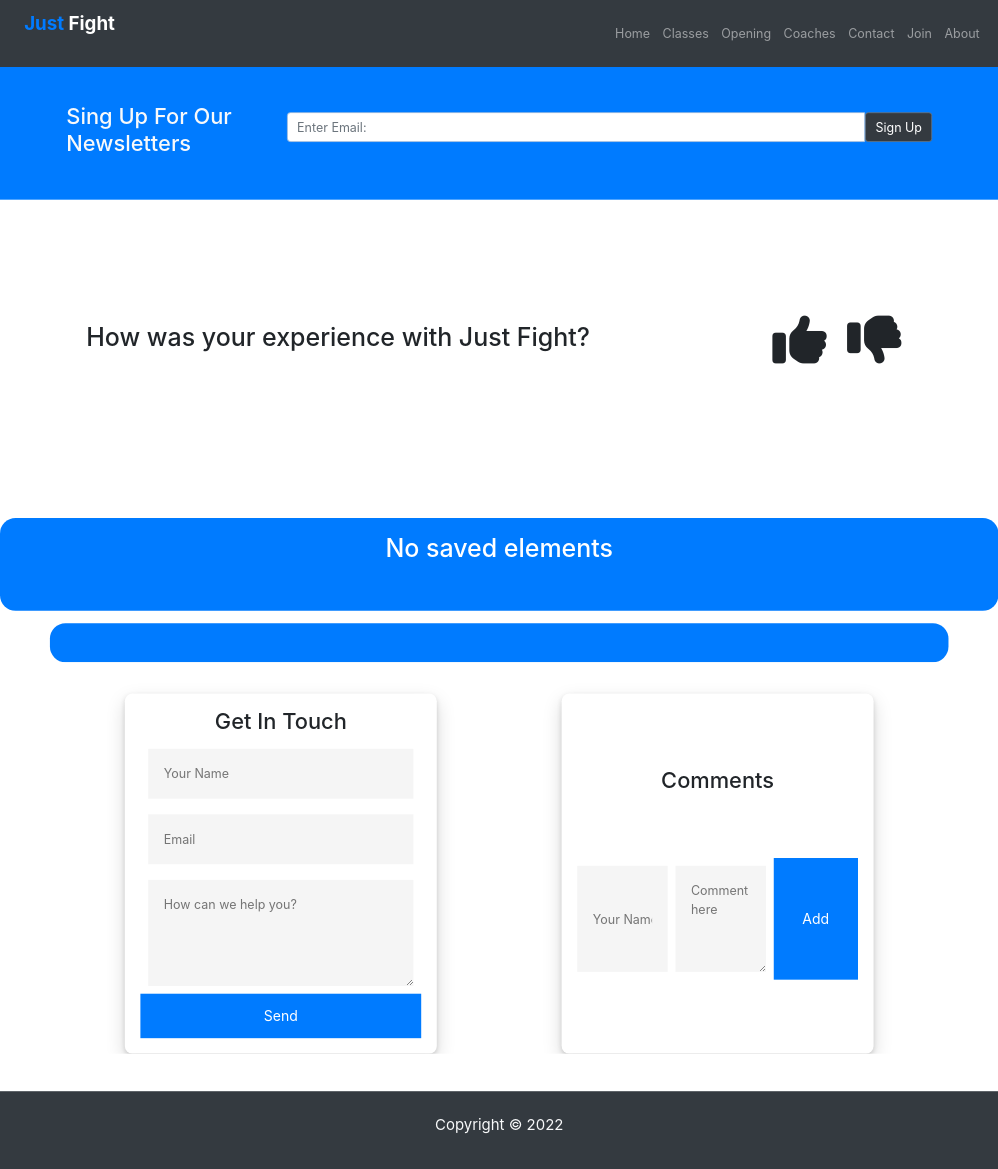
Repository: IonPara/Just-Fight
Page: review.html
The author's editor kept a copy of each file at every save. The page is drawn from the files as they stood at one save, then again after the next save.
The browser window is 1280 px wide. The pictures show the whole page, at 78% of full size.
Some web libraries are served in a nearby version.

Above is the page before, as saved 2023-03-13 17:00:55.
Console error: ReferenceError: emailjs is not defined

### review.html
<!DOCTYPE html>
<html lang="en">

<head>
  <meta charset="utf-8">
  <meta name="viewport" content="width=device-width, initial-scale=1.0">
  <title>Review</title>
  <link href="./Styles/styles.css" rel="stylesheet" type="text/css">
  <link href="./Styles/review.css" rel="stylesheet" type="text/css">
  <link href="./Styles/about.css" rel="stylesheet" type="text/css">
  <!-- Bootstrap link -->
  <link rel="stylesheet" href="https://cdn.jsdelivr.net/npm/bootstrap@4.2.1/dist/css/bootstrap.min.css"
    integrity="sha384-GJzZqFGwb1QTTN6wy59ffF1BuGJpLSa9DkKMp0DgiMDm4iYMj70gZWKYbI706tWS" crossorigin="anonymous">
  <script defer src="./Js/script.js"></script>
</head>

<body>
  <header>
    <!-- ------------Nav bar ------------------------>
    <nav class="navbar navbar-expand-lg navbar-dark bg-dark fixed-top">
      <div class="container pb-4">
        <a class="navbar-brand " id="brand" href="./index.html"><span class="text-primary">Just </span> Fight</a>
        <button class="navbar-toggler" type="button" data-toggle="collapse" data-target="#navbarSupportedContent"
          aria-controls="navbarSupportedContent" aria-expanded="false" aria-label="Toggle navigation">
          <span class="navbar-toggler-icon"></span>
        </button>
      </div>
      <!-- It will expand on large screen and collapse on medium and smaller screens-->
      <div class="collapse navbar-collapse" id="navbarSupportedContent">
        <ul class="navbar-nav justify-content-end">
          <li class="nav-item">
            <a class="nav-link" href="./index.html">Home</a>
          </li>
          <li class="nav-item">
            <a class="nav-link" href="./index.html#ourClasses">Classes</a>
          </li>
          <li class="nav-item">
            <a class="nav-link" href="./index.html#openingHours">Opening</a>
          </li>
          <li class="nav-item">
            <a class="nav-link" href="./index.html#coaches">Coaches</a>
          </li>
          <li class="nav-item">
            <a class="nav-link" href="./index.html#contact">Contact</a>
          </li>
          <li class="nav-item">
            <a class="nav-link" href="./plans.html">Join</a>
          </li>
          <li class="nav-item">
            <a class="nav-link" href="./about.html">About</a>
          </li>

        </ul>
      </div>
    </nav>
  </header>

  <div class="empty-space"></div>
  <!-- Sign up for newsletters section -->
  <div class="bg-primary text-light p-5">
    <div class="container">
      <div class="d-md-flex justify-content-between align-items-center">
        <h3 class="mb3-mb-md-0">
          Sing Up For Our Newsletters
        </h3>
        <div class="input-group mb-3">
          <input type="text" class="form-control newsletter-input" placeholder="Enter Email:"
            aria-label="Recipient's username" aria-describedby="button-addon2">
          <button class="btn  btn-outline-secondary bg-dark text-white" type="button" id="button-addon2">
            Sign Up
          </button>
        </div>
      </div>
    </div>
  </div>
  <!-- Like, dislike section---------------- -->
  <section class="section1">
    <div class="experience">
      <div class="exp-head">
        <h2>How was your experience with Just Fight?</h2>
      </div>

      <div class="icons">
        <i class="fa-solid fa-thumbs-up fa-beat fa-2xl" id="thumb-up"
          onclick="changeColor(thumbUp, `Learning defense improves the attack. If the lion knows how the prey can escape, it will capture it in a much more precise way. Rillion Gracie`)">
        </i>
        <i class="fa-solid fa-thumbs-down fa-beat fa-2xl" id="thumb-down"
          onclick="changeColor(thumbDown, `Looks like you don't enjoy martial arts!`)">
        </i>
      </div>
    </div>
  </section>

  <!-- Save for later section -->
  <section class="saved-items  section2">
    <div class="section2-container bg-primary">
      <h2 class="not-saved  mt-5 mb-0">No saved elements</h2>
      <!-- First Box -->
      <h2 class="saved-items-heading  mt-5 mb-0">Save for later section</h2>
      <div class="plans ">

        <!-- First box -->
        <ul class="container">
          <li class="package bronze bg-light">
            <h3 class="remove bronze text-right">x</h3>
            <h2 class="table-header">Bronze Package</h2>
            <p class="pricing text-center">£10/Month</p>
            <ul class="table-option">
              <li>5 Sessions a Month</li>
              <li>10 Gym Sessions</li>
            </ul>
            <button type="button" class="btn m-2 bg-primary text-white">Get Started Now</button>
          </li>

          <!-- Second -->
          <li class="package gold bg-light">
            <h3 class="remove gold text-right ">x</h3>
            <h2 class="table-header">Gold Package</h2>
            <p class="pricing text-center">£19/Month</p>
            <ul class="table-option">
              <li>5 Sessions a Month</li>
              <li>Unlimited Gym Sessions</li>
            </ul>
            <button type="button" class="btn m-2 bg-primary text-white">Get Started Now</button>
          </li>

          <!-- Third Box -->
          <li class="package platinum bg-light">
            <h3 class="remove platinum text-right">x</h3>
            <h2 class="table-header">Platinum Package</h2>
            <p class="pricing text-center">£49/Month</p>
            <ul class="options">
              <li>Unlimited Sessions</li>
              <li>Unlimited Gym Sessions</li>
            </ul>
            <button type="button" class="btn m-2 bg-primary text-white">Get Started Now</button>
          </li>

        </ul>
      </div>

    </div>

    <div class="articles-container bg-primary">

    </div>
  </section>
  <!-- Comments and Get in touch section -->
  <section class="section3">
    <div class="contact-form">
      <!-- Get in touch form -->
      <form id="contact-form">
        <h3 class="text-center">Get In Touch</h3>
        <input type="hidden" name="contact_number">
        <input type="text" name="user_name" placeholder="Your Name" id="contact-name">
        <input type="email" name="user_email" placeholder="Email" id="contact-email">
        <textarea name="message" rows="4" placeholder="How can we help you?" id="message"></textarea>
        <button class="btn-primary" type="submit" value="Send">Send</button>
      </form>
      <!-- Comments form -->
      <form class="comments">
        <h3 class="text-center">Comments</h3>
        <div class="d-flex">
          <input class="w-100 ml-0" type="text" name="name" placeholder="Your Name" id="name">
          <textarea id="comment" class='comment ml-0' name="message" rows="4" placeholder="Comment here"></textarea>
          <button type="button" class="btn-primary w-100"
            onclick="addComment(textValue, nValue), addToTheArray()">Add</button>
        </div>
      </form>
    </div>
    <!-- Here will be added the comments -->
    <div class="comment-container">

    </div>
  </section>

  <!-- Footer -->
  <footer class="bg-dark text-center text-light mt-5">
    <p>Copyright &copy; 2022</p>
  </footer>
  <!-- Here are the scripts for the contact form -->
  <!-- These scripts are from the https://www.emailjs.com/docs/tutorial/adding-email-service/  -->
  <script type="text/javascript" src="https://cdn.jsdelivr.net/npm/@emailjs/browser@3/dist/email.min.js"></script>
  <script type="text/javascript">
    (function () {
      // https://dashboard.emailjs.com/admin/account
      emailjs.init('WkZreCmCmN4lp-y7L');
    })();
  </script>
  <!-- Script for the icons -->
  <script src="https://kit.fontawesome.com/c8658b1f7b.js" crossorigin="anonymous"></script>
  <script src="https://code.jquery.com/jquery-3.3.1.slim.min.js"
    integrity="sha384-q8i/X+965DzO0rT7abK41JStQIAqVgRVzpbzo5smXKp4YfRvH+8abtTE1Pi6jizo"
    crossorigin="anonymous"></script>
  <script src="https://cdn.jsdelivr.net/npm/popper.js@1.14.6/dist/umd/popper.min.js"
    integrity="sha384-wHAiFfRlMFy6i5SRaxvfOCifBUQy1xHdJ/yoi7FRNXMRBu5WHdZYu1hA6ZOblgut"
    crossorigin="anonymous"></script>
  <script src="https://cdn.jsdelivr.net/npm/bootstrap@4.2.1/dist/js/bootstrap.min.js"
    integrity="sha384-B0UglyR+jN6CkvvICOB2joaf5I4l3gm9GU6Hc1og6Ls7i6U/mkkaduKaBhlAXv9k"
    crossorigin="anonymous"></script>

</body>

</html>

### Styles/styles.css
body {
    padding: 0;
    margin: none;
}

/*---------------- Top section------------- */
.top-section {
    background-color: black;

}


#brand {
    font-size: 1.5rem;
    font-weight: bolder;
}


#join a:hover, a:visited, a:link {
    text-decoration: wavy;
}

#join:hover {
    background-color: rgb(8, 157, 135);
}

/* Radio button */
.radio-btn {
    width: 100%;
    flex-direction: column;
    display: flex;
    align-items: center;
}

/* ---------------------------Coach------------ */
.container figcaption {
    font-weight: 600;
}

/*------------ Contact Info -----------*/
.location h2 {
    margin-top: 2%;
}

.location .container {
    display: flex;
    justify-content: space-between;
    align-items:center;
    flex-wrap: wrap;
    margin-top: 3%;
}

.list {
    list-style: none;
    font-size: larger;
    font-weight: 400;
    line-height: 2em;
}

.list li {
    border-bottom:1px solid grey;
}

ul a:hover, a:visited, a:link{
    color:black;
    text-decoration: wavy;
}

ul a:hover {
    color:blueviolet;
}

/*  The Map */
.map {
    border-radius: 25%;
}

/* -----------------Cards--------------- */
.card:hover {
    -webkit-transform: scale(0.5);
     transform: scale(1.05);
}

.card {
    box-shadow: 0 10px 25px 0 rgba(0, 0, 0, 0.15), 0 3px 7px 0 rgb(0 0 0 / 15%);
}

.table-container, .classes-container, section {
    overflow-x: hidden;
    min-width: 100%;
}

.image-container, .card-container {
    max-width: 400px !important;
    min-width: 250px;
    margin-left: auto;
    margin-right: auto;
}

.image-container, img{
    object-fit: contain;
}


.contact-element {
    margin-right: auto;
    margin-left: auto;
}

/* -----------------Footer--------------- */
footer p{
    padding: 5vh 0;
    margin-bottom: 0;
    font-size: larger;
    height: 100px;
}


/* ---------------Media screen----------------- */
@media screen and (max-width:1200px) {
    .boxes h3 {
        font-size: 1.2em;
        white-space:pre-wrap;
    }

}

@media screen and (max-width:1000px) {
    .top-section {
        margin-top: 8%;
    }
}


@media screen and (max-width:768px) {

    .newsletter-input {
        width: 50%;
    }

    #table {
        font-size: 0.9rem;
    }

    .map {
        width: 400px;
    }

    .location .container {
        justify-content: center;
    }
}

@media screen and (max-width:600px) {
    .top-section {
        margin-top: 10%;
        min-width: 100%;
    }

    .fight-club {
        min-width: 100% !important;
        margin-top: 5%;
        margin-left: auto;
    }

    .heading-container {
        min-width: 100% !important;
    }

    #join {
        margin-bottom: 5px;
    }
    .table-container {
    }

    .table-container {
        min-width: 100dvw;
        margin-right: 100px !important;
        margin-left: -50px;
    }

    th {
        max-width: 50px;
        padding-right: 2px;;
    }

    td {
        max-width: 55px;

    }

}

### Styles/review.css
*{
    margin: 0;
}

.empty-space {
    height: 85px;
}

/* ------------------Comments and Contact section*/

.contact-form {
    max-width: 100%;
    display: flex;
    justify-content: space-evenly;
}

#contact-form, .comments {
    box-shadow: 0 10px 25px 0 rgb(0 0 0 / 15%), 0 3px 7px 0 rgb(0 0 0 / 15%);
    display: flex;
    flex-direction: column;
    padding-top: 20%;
    padding: 20px;
    width: 100%;
    max-width: 400px;
    min-height: 380px;
    border-radius: 10px;
    background-color: white;
    margin-top: 40px;
}

.comments {
    display: flex;
    flex-direction: column;
    justify-content: space-evenly;
}

.comments textarea {
    width: 100%;
}

.comment-container {
    display: flex;
    display: none;
    min-height: 200px;
    min-width: 400px;
    max-width: 600px;
    padding: 20px;
    margin: auto;
    margin-top: 100px;
    background: #f9f6f6;
}

.comment-container div {
    box-shadow: 0 10px 25px 0 rgb(0 0 0 / 15%), 0 3px 7px 0 rgb(0 0 0 / 15%);
    padding: 20px;
}

.comment-container h6 {
    text-align: right;
}


form input, form textarea {
    border: 0;
    margin: 10px;
    padding: 20px;
    outline: none;
    background: #f5f5f5;
    font-size: 16px;
}

form button {
    border:0;
    padding: 15px;
    color:fff;
    font-size: 18px;
    outline: none;
    cursor: pointer;
}

.section3 {
    display: flex;
    flex-direction: column;
}

/* ----------------------------Like dislike section----------------- */

.experience {
    display: flex;
    justify-content: space-around;
    align-items: center;
    min-height: 50vh;
}
.icons {
    width: 15vw;
    display: flex;
    justify-content: space-around;
}

.icons i {
    font-size: 70px;
    cursor: pointer;
}

.experience p {
    max-width: 30vw;
    font-style: italic;
    font-size: larger;
    font-weight: 600;
}


/* -----------------Save for later section--------------- */
.saved-items .not-saved, .saved-items-heading {
    color:white;
    text-align: center;
    padding: 20px;
}

.saved-items-heading {
    display: none;
}

.package {
    box-shadow: 0 10px 25px 0 rgb(0 0 0 / 15%), 0 3px 7px 0 rgb(0 0 0 / 15%);
    width: 280px;
    height: 300px;
    display: flex;
    flex-direction: column;
    justify-content: space-around;
    border-radius: 10px;
    padding: 5px;
  }


  .plans .container {
    display: flex;
    justify-content: space-around;
    padding: 20px;
  }

  .section2-container {
    border-radius: 20px;
  }
  .remove:hover {
    cursor: pointer;
  }

/* -----------------------Articles items from save for later section */
  .articles-container {
    padding-bottom: 50px;
    display: flex;
    flex-wrap: wrap;
    margin-top: 5px;
    border-radius: 20px;
  }

  .item {
    border-radius: 10px;
    background-color: whitesmoke;
    margin: 20px auto 0 auto;
    max-width: 300px;
    min-width: 300px;
    min-height: 300px;
  }

  .section2, .articles-container {
    max-width: 90vw;
    margin: auto;
  }

  footer {
    margin-top: 300px;
    width: 100%;
    color: white;
    text-align: center;
    clear: both;
  }
/* ------------------Media queries for screens smaller than 1000px------------------- */
  @media screen and (max-width:1000px) {
    .experience p {
        max-width: 60vw;
    }
}

/* ------------------Media queries for screens smaller than 800px------------------- */
@media screen and (max-width:800px) {
    .experience p {
        max-width: 90%;
    }

    .articles-container {
        flex-wrap: wrap;
    }

    .comments, #contact-form {
        width: 300px
    }

    .plans .container {
        flex-wrap: wrap;
    }

    .experience {

        flex-wrap: wrap;
    }

    .exp-head {
        margin-left: 20px;
    }

    .package {
        margin-top: 10px;
    }

}

/* ------------------Media queries for screens smaller than 400px------------------- */
@media screen and (max-width:600px) {
    .contact-form {
      display: flex;
      flex-wrap: wrap;
    }

    .comment-container {
        margin-top: 550px;
    }
    .experience h2 {
        font-size: 1.8rem;
      }

      .experience p {
        max-width: 95%;
    }

  }

### Styles/about.css
#brand {
    font-size: 1.5rem;
    font-weight: bolder;
  }

  /* Sign Up for Newsletters section */
.sign-up {
    padding:30px;
    margin-top: 80px;
}

/* Martial arts boxes */
.martial-arts {
    margin-top: 50px;
    width: 100%;
    display: flex;
    justify-content: space-around;
}

 .item {
    padding: 20px;
    width: 30%;
    box-shadow: 0 10px 25px 0 rgb(0 0 0 / 15%), 0 3px 7px 0 rgb(0 0 0 / 15%);
}

.martial-arts .item:hover, .description:hover {
    -webkit-transform: scale(0.5);
        transform: scale(1.05);
}


/* Just Fight Description */
.description {
    padding: 20px;
    box-shadow: 0 10px 25px 0 rgb(0 0 0 / 15%), 0 3px 7px 0 rgb(0 0 0 / 15%);
}



/* Footer Section */
footer p{
    padding: 4vh 0;
    margin-bottom: 0;
    font-size: larger;
    height: 100px;
}
/* ---------Media Screen */

@media screen and (max-width:1000px) {
    .martial-arts {
        display: block;
    }

    .martial-arts .item {
        width: 100%;
    }
  }

Loaded but not shown: Js/script.js (350 lines, source omitted)

After the next save:
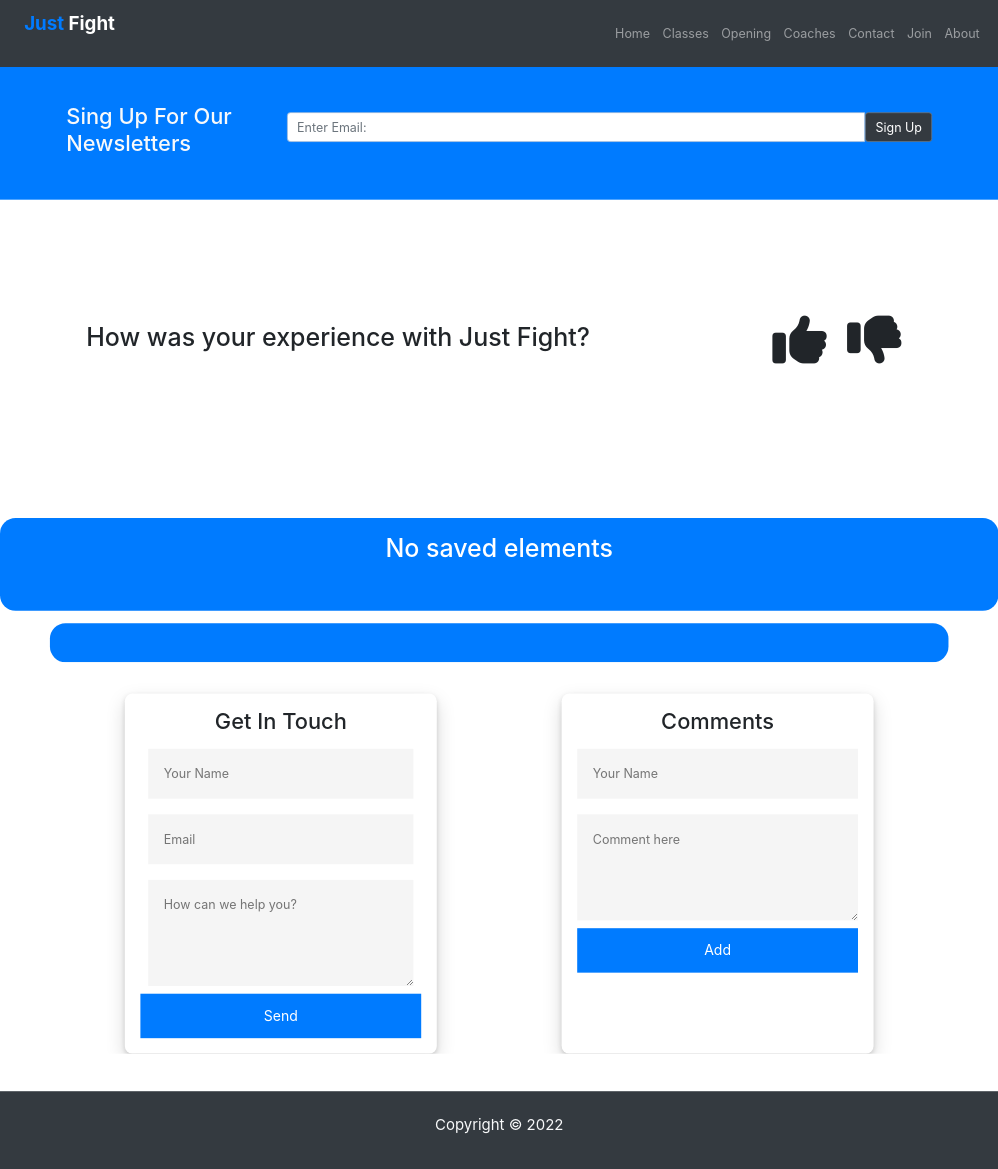
Saved 33 s later.
--- a/review.html
+++ b/review.html
@@ -160,7 +160,7 @@
       <!-- Comments form -->
       <form class="comments">
         <h3 class="text-center">Comments</h3>
-        <div class="d-flex">
+        <div class="d-flex input-container">
           <input class="w-100 ml-0" type="text" name="name" placeholder="Your Name" id="name">
           <textarea id="comment" class='comment ml-0' name="message" rows="4" placeholder="Comment here"></textarea>
           <button type="button" class="btn-primary w-100"
--- a/Styles/review.css
+++ b/Styles/review.css
@@ -28,7 +28,7 @@
     margin-top: 40px;
 }
 
-.comments {
+.input-container{
     display: flex;
     flex-direction: column;
     justify-content: space-evenly;
